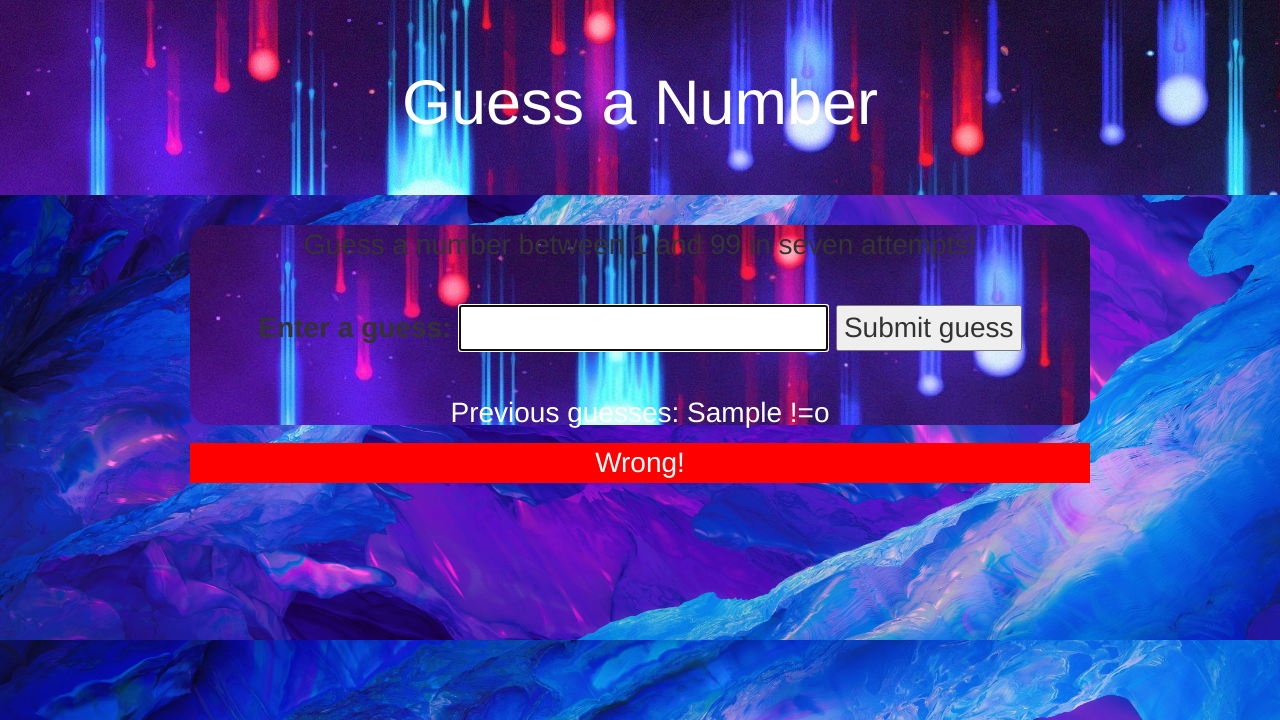
Repository: EricG831/a1
Page: a2/index.html
The author's editor kept a record of every edit. The page is drawn from the files as they stood at one moment, then again after the next edit.
The browser window is 1280 px wide. The pictures show the whole page.
Empty fields were first filled with sample values (such as "Sample", 5 or name@example.com).
After loading, the first visible `input.guessSubmit` was clicked once.

Above is the page before.

### a2/index.html
<!DOCTYPE html>
<html>
    <head>
        <title> Guess a Letter </title>
        <meta charset="utf-8" />
        <script src="https://code.jquery.com/jquery.min.js"></script>

        <!--Bootstrap files-->
        <link rel="stylesheet" href="https://maxcdn.bootstrapcdn.com/bootstrap/3.3.7/css/bootstrap.min.css" integrity="sha384-BVYiiSIFeK1dGmJRAkycuHAHRg32OmUcww7on3RYdg4Va+PmSTsz/K68vbdEjh4u" crossorigin="anonymous">
        <script src="https://maxcdn.bootstrapcdn.com/bootstrap/3.3.7/js/bootstrap.min.js" integrity="sha384-Tc5IQib027qvyjSMfHjOMaLkfuWVxZxUPnCJA7l2mCWNIpG9mGCD8wGNIcPD7Txa" crossorigin="anonymous"></script>

        <!--Custom Styles-->
        <link href="css/styles.css" rel="stylesheet" type="text/css" />
    </head>
    <body>

        <div class="jumbotron">
            <h1>Guess a Number</h1>
        </div>

        <div id="directions" class= "resultParas">
            Guess a number between 1 and 99 in seven attempts!

            <br><br>
            <label for="guessField">Enter a guess: </label>
            <input type="text" id="guessField" class="guessField">
            <input type="submit" value="Submit guess" class="guessSubmit">

            </br></br>
            <p id="guesses"></p>
            <p id="lastResult"></p>
            <p id="lowOrHi"></p>
            <button id='reset'>Reset</button>

        </div>
        <script SRC="js/function.js"></script>
    </body>
</html>

### a2/css/styles.css
body{
    text-align:center;
    background-image: url("../img/bg.jpg");
    background-size: cover;
}

#guesses{
    color: white;
}

#lastResult{
    color: white;
}

#guessField{
    color: blue;
}

.jumbotron {
    background-image: url("../img/cg.jpg");
    color: white;
}

#directions {
    background-image: url("../img/cg.jpg");
    font-size: 2em;
    width:900px;
    height:200px;
    margin:0 auto;
    border-radius:20px;

}

#sub{
    color: white;
}

#title{
    color: white;
}
#reset{
        background-color:yellow;
}

#consonantOrVowel{
    color: orange;
}

#myButton {
	box-shadow:inset 0px 1px 0px 0px #cf866c;
	background:linear-gradient(to bottom, #d0451b 5%, #bc3315 100%);
	background-color:#d0451b;
	border-radius:3px;
	border:1px solid #942911;
	display:inline-block;
	cursor:pointer;
	color:#ffffff;
	font-family:Arial;
	font-size:13px;
	padding:6px 24px;
	text-decoration:none;
	text-shadow:0px 1px 0px #854629;
}
#myButton:hover {
	background:linear-gradient(to bottom, #bc3315 5%, #d0451b 100%);
	background-color:#bc3315;
}
#myButton:active {
	position:relative;
	top:1px;
}

### a2/js/function.js
var randomChar = rLetter();
var guesses = document.querySelector('#guesses');
var lastResult = document.querySelector('#lastResult');
var consonantOrVowel = document.querySelector('#consonantOrVowel');

var guessSubmit = document.querySelector('.guessSubmit');
var guessField = document.querySelector('.guessField');

var guessCount = 1;
var resetButton = document.querySelector('#reset');
resetButton.style.display = 'none';
guessField.focus();

function checkRandLetterType(){
    var vowel = "vowel";
    var consonant = "consonant";
    if(randomChar == 'a' || randomChar == 'e' || randomChar == 'i' || randomChar == 'o' || randomChar == 'u'){
        return vowel;
    }
    return consonant;
}

function rLetter() {
    return String.fromCharCode(Math.floor(Math.random() * (122 - 97)) + 97);
}

function checkGuess() {
    var userGuess = (guessField.value);
    if (guessCount === 1) {
        guesses.innerHTML = 'Previous guesses: ';
    }
    guesses.innerHTML += userGuess + ' !=' + randomChar;

    if (userGuess === randomChar) {
        lastResult.innerHTML = 'Congratulations! You got it right!';
        lastResult.style.backgroundColor = 'green';
        consonantOrVowel.innerHTML = '';
        setGameOver();
    }
    else if (guessCount === 10) {
        lastResult.innerHTML = 'Sorry, you lost!';
        setGameOver();
    }
    else {
        lastResult.innerHTML = 'Wrong!';
        lastResult.style.backgroundColor = 'red';
        if (guessCount > 5) {
            consonantOrVowel.innerHTML = 'Hint! letter is a ' + checkRandLetterType();
        }
    }

    guessCount++;
    guessField.value = '';
    guessField.focus();
}

guessSubmit.addEventListener('click', checkGuess);

function setGameOver() {
    guessField.disabled = true;
    guessSubmit.disabled = true;
    resetButton.style.display = 'inline';
    resetButton.addEventListener('click', resetGame);
}

function resetGame() {
    guessCount = 1;

    var resetParas = document.querySelectorAll('.resultParas p');
    for (var i = 0; i < resetParas.length; i++) {
        resetParas[i].textContent = '';
    }

    resetButton.style.display = 'none';

    guessField.disabled = false;
    guessSubmit.disabled = false;
    guessField.value = '';
    guessField.focus();

    lastResult.style.backgroundColor = 'white';

    randomChar = rLetter();
}

After the next edit:
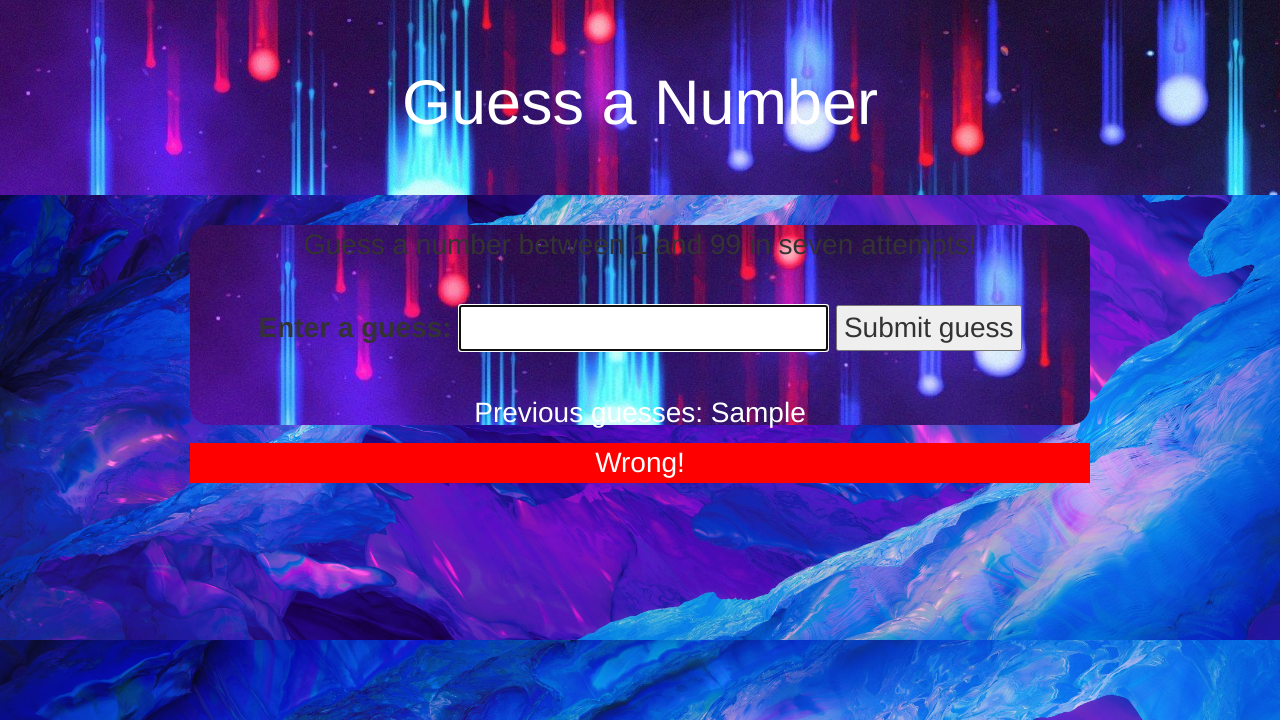
The edit:
--- a/a2/js/function.js
+++ b/a2/js/function.js
@@ -29,7 +29,7 @@
     if (guessCount === 1) {
         guesses.innerHTML = 'Previous guesses: ';
     }
-    guesses.innerHTML += userGuess + ' !=' + randomChar;
+    guesses.innerHTML += userGuess + ' ';
 
     if (userGuess === randomChar) {
         lastResult.innerHTML = 'Congratulations! You got it right!';
